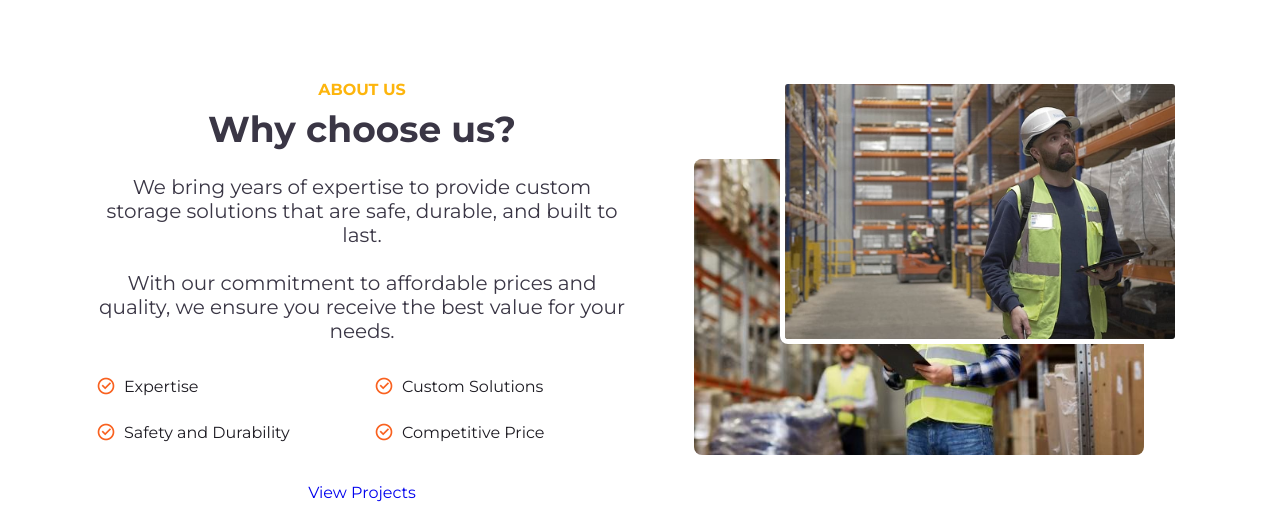
Repository: jahatesu/shelves-and-storage-equipment
Page: index.html
The author's editor kept a copy of each file at every save. The page is drawn from the files as they stood at one save, then again after the next save.
The browser window is 1280 px wide. The pictures show the part of the page from y = 720 to 1270 px (the page is 1238 px tall before and 1270 px after).
Backgrounds fixed to the window are drawn as part of the page. Some web fonts or font styles are not loaded; a fallback is used.

Above is the page before, as saved 2025-01-08 16:11:04.
Console error: TypeError: Cannot read properties of null (reading 'querySelector')

### index.html
<!DOCTYPE html>
<html lang="en">
<head>
    <meta charset="UTF-8">
    <meta name="viewport" content="width=device-width, initial-scale=1.0">
    <!-- Remix Icons -->
    <link rel="stylesheet" href="https://cdnjs.cloudflare.com/ajax/libs/remixicon/4.2.0/remixicon.css">
    <!-- Swiper CSS -->
    <link rel="stylesheet" href="assets\js\swiper-bundle.min.js" />
    <!-- CSS -->
    <link rel="stylesheet" href="style.css">
    <script src="https://cdnjs.cloudflare.com/ajax/libs/jquery/3.7.1/jquery.min.js"></script>
    <title>Shelves and Storage</title>
    <link rel="stylesheet" href="https://fonts.googleapis.com/css?family=Material+Symbols+Rounded&opsz,wght,FILL,GRAD@48,400,0,0" />
</head>

<body>

    <!-- Navigation Bar -->
    <header>
        <div class="logo">
            <img src="assets\images\logo.png" alt="Shelves and Storage Logo">
        </div>

        <div class="navigation">
            <input type="checkbox" id="nav-checkbox">
            <label for="nav-checkbox" class="nav-toggle">
                <i class="ri-menu-fill"></i>
            </label>

            <ul class="nav-menu">
                <li><a href="#">Home</a></li>
                <li><a href="#">About Us</a></li>
                <li><a href="#">Services</a></li>
                <li><a href="#">Products</a></li>
                <li><a href="#">Contact Us</a></li>
            </ul>
        </div>
    </header>

    <!-- Hero Section -->
    <div class="hero">
        <h1 class="animate__animated animate__fadeInDown">Shelves and Storage Equipment</h1>
        <h3 class="animate__animated animate__fadeInUp">Storage and Racking Expert</h3>
    </div>

    <!-- About Section -->
<section class="about section" id="about">
    <div class="about_container container grid">
        <div class="about_data">
            <span class="section_subtitle">ABOUT US</span>
            <h2 class="section_title">Why choose us?</h2>
            <p class="about_description">
                We bring years of expertise to provide custom storage solutions that are safe, durable, and built to last.
                <br><br>With our commitment to affordable prices and quality, we ensure you receive the best value for your needs.
            </p>
            <ul class="about_list grid">
                <li class="about_list-item">
                    <i class="ri-checkbox-circle-line"></i>
                    <span>Expertise</span>
                </li>
                <li class="about_list-item">
                    <i class="ri-checkbox-circle-line"></i>
                    <span>Custom Solutions</span>
                </li>
                <li class="about_list-item">
                    <i class="ri-checkbox-circle-line"></i>
                    <span>Safety and Durability</span>
                </li>
                <li class="about_list-item">
                    <i class="ri-checkbox-circle-line"></i>
                    <span>Competitive Price</span>
                </li>
            </ul>
            <a href="#projects" class="button">View Projects</a>
        </div>
        <div class="about_images">
            <img src="assets/images/about_img1.png" alt="image" class="about_img1">
            <img src="assets/images/about_img2.png" alt="image" class="about_img2">
        </div>
    </div>
</section>

    <!-- JavaScript -->
    <script src="main.js"></script>
</body>
</html>

### style.css
/* Import fonts */
@import url('https://fonts.googleapis.com/css2?family=Montserrat:wght@100..900&family=Open+Sans:ital,wght@0,300..800;1,300..800&display=swap');
@import url('https://cdnjs.cloudflare.com/ajax/libs/animate.css/4.1.1/animate.min.css');

/* root variable css */
:root{
    --header-height: 3.5rem;

    /* colors */
    /* hue, saturation, lightness */
    --first-color: hsl(18, 95%, 55%);
    --second-color: hsl(42, 98%, 52%);
    --first-gradient: linear-gradient(90deg,
                                    hsl(18, 95%, 55%),
                                    hsl(18, 98%, 64%));
    --title-color:hsl(255, 12%, 12%);
    --text-color: hsl(255, 12%, 24%);
    --text-color-light: hsl(255, 4%, 70%);
    --body-color: hsl(0, 0%, 100%);
    --container-color: hsl(0, 0%, 100%);
    --white-color: hsl(0, 0%, 100%);
    --black-color: hsl(255, 20%, 10%);
    --gray-border:hsl(255, 6%, 90%);
    --black-border: hsl(255, 10%, 20%);

    /* fonts and typography */
    /* .5 rem = 8px | 1rem = 16px */

    --body-font:"Montserrat", sans-serif;
    --big-font-size: 2.25rem;
    --h1-font-size: 1.5rem;
    --h2-font-size: 1.25rem;
    --h3-font-size: 1rem;
    --normal-font-size: .938rem;
    --small-font-size: .813rem;

    /* font weight */
    --font-regular: 400;
    --font-medium: 500;
    --font-semibold: 600;
    --font-bold: 700;

    /* z index */
    --z--tooltip: 10;
    --z-fixed: 100;
}

/* responsive typography */
@media screen and (min-width: 1150px) {
    :root{
        --big-font-size: 3.5rem;
        --h1-font-size: 2.25rem;
        --h2-font-size: 1.5rem;
        --h3-font-size: 1.25rem;
        --normal-font-size: 1rem; /* Fixed size for normal font */
        --small-font-size: .875rem; /* Increased small font size */
    }
}

/* Global styles */
* {
  margin: 0;
  padding: 0;
  box-sizing: border-box;
}

body {
    font-family: var(--body-font);
    font-size: var(--normal-font-size);
    background-color: var(--body-color);
    color: var(--text-color);
}

html{
    scroll-behavior: smooth;
}

body, ul, a{
    margin: 0;
    padding: 0;
    font-family: 'Montserrat', sans-serif;
}

/* h1, h2, h3, h4 {
    color: var(--title-color);
    font-weight: var(--font-semi-bold);
    margin: 10px 0;
    line-height: 1.2;
} */

/* Typography scaling for responsiveness */
h1 {
    font-size: 2.5rem; /* Scales with viewport width */
}
h2 {
    font-size: 2rem;
}
h3 {
    font-size: 1.75rem;
}
p {
    font-size: 1rem;
}

/* Media queries for responsiveness */
@media (min-width: 768px) {
    h1 {
        font-size: 3rem;
    }
    h2 {
        font-size: 2.5rem;
    }
    h3 {
        font-size: 2rem;
    }
    p {
        font-size: 1.125rem;
    }
}

@media (min-width: 1024px) {
    h1 {
        font-size: 3.5rem;
    }
    h2 {
        font-size: 3rem;
    }
    h3 {
        font-size: 2.5rem;
    }
    p {
        font-size: 1.25rem;
    }
}

/* General layout for larger screens */
@media (min-width: 1440px) {
    .container {
        padding: 30px;
    }
    h1 {
        font-size: 4rem;
    }
    h2 {
        font-size: 2rem;
    }
    h3 {
        font-size: 3rem;
    }
    p {
        font-size: 1rem;
    }

}

ul{
    list-style: none;
}

a{
    text-decoration: none;
}

img{
    display: block;
    max-width: 100%;
    height: auto;
    object-fit: contain;
}

body html{
    overflow-x: hidden;
    overflow-y: hidden;
}
/* Hide checkbox and toggle button initially */
#nav-checkbox,
.nav-toggle {
  display: none;
}

/* Hero section styles */
.hero {
  background: linear-gradient(rgba(0, 0, 0, 0.8), rgba(0, 0, 0, 0.6)),
    url("heroBG.jpg") no-repeat fixed bottom / cover;
  min-height: 100vh;
  display: flex;
  flex-direction: column;
  justify-content: center;
  align-items: center;
  text-align: center;
  /* width: 100%; */
}

.hero h1 {
  color: hsl(233, 39%, 23%);
  font-size: 60px;
  line-height: 1;
  text-shadow:
    0.5px 0.5px 0px #fff, /* Bottom-right shadow */
    -0.5px 0.5px 0px #fff, /* Bottom-left shadow */
    0.5px -0.5px 0px #fff, /* Top-right shadow */
    -0.5px -0.5px 0px #fff; /* Top-left shadow */
}

.hero h3 {
  color: #ffffff;
  /* position: static; */
  font-size: 26px;
  font-weight: normal;
  margin: 15px 0;
  line-height: 1;
  text-shadow:
    0.3px 0.3px 0px #fff, /* Bottom-right shadow */
    -0.3px 0.3px 0px #fff, /* Bottom-left shadow */
    0.3px -0.3px 0px #fff, /* Top-right shadow */
    -0.3px -0.3px 0px #fff; /* Top-left shadow */
}

/* Header styles */
header {
  position: fixed;
  top: 0;
  left: 0;
  width: 100%;
  display: flex;
  align-items: center;
  justify-content: space-around;
  padding: 20px 0;
  transition: background-color 0.5s ease;
  z-index: 1;
}

.logo h2 {
  color: #fff;
  text-transform: uppercase;
  font-weight: normal;
}

/* Navigation menu styles */
.nav-menu {
  display: flex;
  list-style: none;
}

.nav-menu li {
  display: inline-block;
}

.nav-menu li a {
  color: #fff;
  text-decoration: none;
  font-size: 1.2rem;
  padding: 0 15px;
}

.nav-menu li a:hover {
  color: hsl(18, 84%, 44%);
}

.active {
  background: hsl(18, 84%, 44%);
}

.active a:hover {
  color: #fff !important;
  text-decoration: underline;
}

.nav-toggle {
  display: none;
  font-size: 2rem;
  cursor: pointer;
  color: white;
}

/* Responsive menu styles */
@media (max-width: 768px) {
    .nav-menu {
        display: none;
        flex-direction: column;
        position: absolute;
        top: 60px;
        right: 20px;
        background-color: rgba(0, 0, 0, 0.9);
        border-radius: 8px;
        padding: 10px;
    }

    .nav-menu li {
        margin: 10px 0;
    }

    .nav-menu li a {
        font-size: 1.2rem;
    }

    .nav-toggle {
        display: block;
    }

    #nav-checkbox:checked ~ .nav-menu {
        display: flex;
    }

    header {
        justify-content: space-between;
        padding: 10px 20px;
    }
}

.logo img {
    max-width: 250px;
    height: auto;
    display: block;
    transition: all 0.3s ease;
}

/* Adjust logo size for smaller screens */
@media (max-width: 768px) {
    .logo img {
        max-width: 150px; /* Smaller logo for mobile */
        padding-top: 20px;
    }
}

/* About Section */
.container {
    max-width: 1120px;
    margin: 0 auto;
    padding: 0 1rem;
}

.grid {
    display: grid;
    gap: 1.5rem;
}

.section {
    padding-block: 5rem 1rem;
}

.section_title {
    text-align: center;
    font-size: var(--h1-font-size);
    font-weight: var(--font-bold);
    margin-bottom: 1.5rem;
}

.section_subtitle {
    display: block;
    text-align: center;
    font-size: var(--normal-font-size);
    font-weight: var(--font-bold);
    color: var(--second-color);
    margin-bottom: .5rem;
}

.about_container {
    row-gap: 8rem;
    display: grid;
    grid-template-columns: 1fr;
}

.about_data {
    text-align: center;
}

.about_description {
    margin-bottom: 2rem;
}

.about_list {
    display: grid;
    grid-template-columns: repeat(2, 1fr);
    justify-content: center;
    gap: 1.5rem;
    margin-bottom: 2.5rem;
}

.about_list-item {
    display: flex;
    align-items: center;
    gap: .5rem;
    color: var(--title-color);
}

.about_list-item i {
    font-size: 1.25rem;
    color: var(--first-color);
}

.about_images {
    display: flex;
    justify-content: center;
    gap: 1rem;
    position: relative;
}

.about_img1, .about_img2 {
    max-width: 100%;
    height: auto;
    border-radius: .5rem;
    margin-top: 2rem; /* Added top margin */
}

.about_img1 {
    width: 300px; /* Increased size */
    border: 5px solid var(--body-color);
    position: absolute;
    top: -3rem; /* Adjusted position */
    left: 6rem;
}

.about_img2 {
    width: 350px; /* Increased size */
    margin-right: 2.5rem;
}

/* Responsive Design */
@media (min-width: 768px) {
    .about_container {
        grid-template-columns: 1fr 1fr;
        align-items: center;
    }

    .about_images {
        justify-content: flex-end;
    }

    .about_img1 {
        width: 400px; /* Adjusted size for larger screens */
        top: -5rem; /* Adjusted position */
        left: 8rem;
    }

    .about_img2 {
        width: 450px; /* Adjusted size for larger screens */
    }
}

### main.js
$(document).ready(function() {
  $(window).bind('scroll', function(){
    var gap = 50;
    if ($(window).scrollTop() > gap) {
      $('header').addClass('active');
    } else {
      $('header').removeClass('active');
    }
  });
});

document.addEventListener('DOMContentLoaded', function () {
  const navToggle = document.querySelector('.nav-toggle');
  const navMenu = document.querySelector('.nav-menu');

  navToggle.addEventListener('click', function () {
      navMenu.classList.toggle('show-menu');
  });
});

const initSlider = () => {
  const imageList = document.querySelector(".slider-wrapper .image-list");
  const slideButtons = document.querySelectorAll(".slider-wrapper .slide-button");
  const sliderScrollbar = document.querySelector(".container .slider-scrollbar");
  const scrollbarThumb = sliderScrollbar.querySelector(".scrollbar-thumb");
  const maxScrollLeft = imageList.scrollWidth - imageList.clientWidth;

  // Slide images according to the slide button clicks
  slideButtons.forEach(button => {
      button.addEventListener("click", () => {
          const direction = button.id === "prev-slide" ? -1 : 1;
          const scrollAmount = imageList.clientWidth * direction;
          imageList.scrollBy({ left: scrollAmount, behavior: "smooth" });
      });
  });

  const handleSlideButtons = () =>{
      slideButtons[0].computedStyleMap.display = imageList.scrollLeft <= 0 ? "none" : "block";
      slideButtons[1].computedStyleMap.display = imageList.scrollLeft >= maxScrollLeft ? "none" : "block";
  }

  //update scroll bar position
  const updateScrollThumbPosition = () => {
      const scrollPosition = imageList.scrollLeft;
      const thumbPosition = (scrollPosition / maxScrollLeft) * (sliderScrollbar.clientWidth - scrollbarThumb .offsetWidth);
      scrollbarThumb.style.left = `${thumbPosition}px`;
  }

  imageList.addEventListener("scroll", () => {
      handleSlideButtons();
      updateScrollThumbPosition();
  });
};

window.addEventListener("load", initSlider);

Loaded but not shown: assets/js/swiper-bundle.min.js (library)

After the next save:
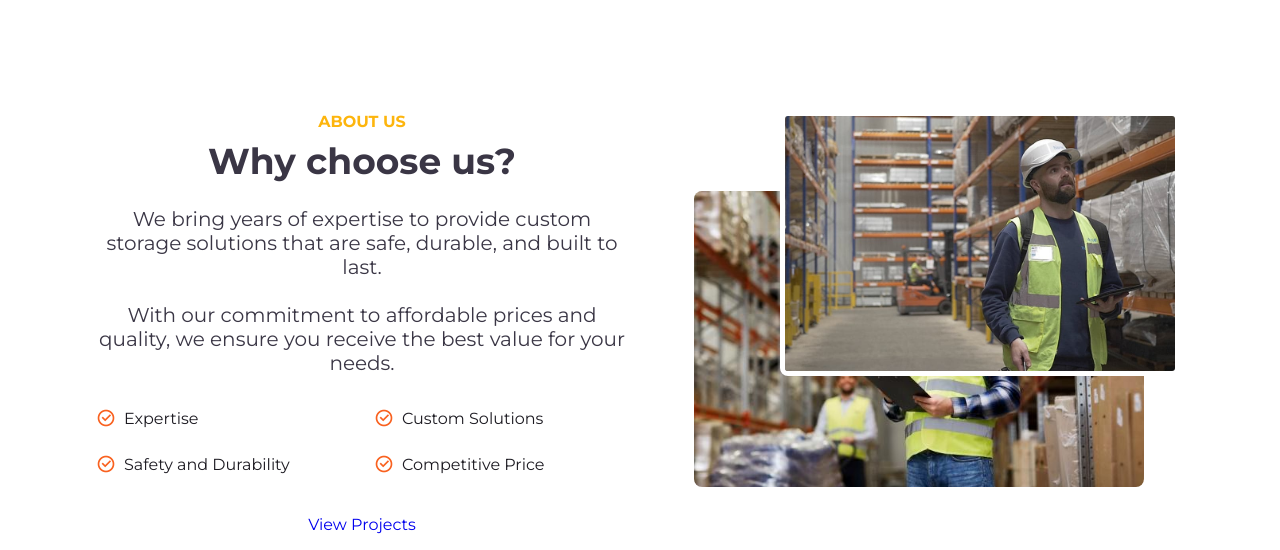
Saved 84 s later.
--- a/style.css
+++ b/style.css
@@ -328,6 +328,7 @@ header {
     max-width: 1120px;
     margin: 0 auto;
     padding: 0 1rem;
+    margin-top: 2rem; /* Added top margin */
 }
 
 .grid {
@@ -359,6 +360,7 @@ header {
     row-gap: 8rem;
     display: grid;
     grid-template-columns: 1fr;
+    margin-top: 2rem; /* Added top margin */
 }
 
 .about_data {
@@ -394,13 +396,13 @@ header {
     justify-content: center;
     gap: 1rem;
     position: relative;
+    margin-top: 2rem; /* Added top margin */
 }
 
 .about_img1, .about_img2 {
     max-width: 100%;
     height: auto;
     border-radius: .5rem;
-    margin-top: 2rem; /* Added top margin */
 }
 
 .about_img1 {
